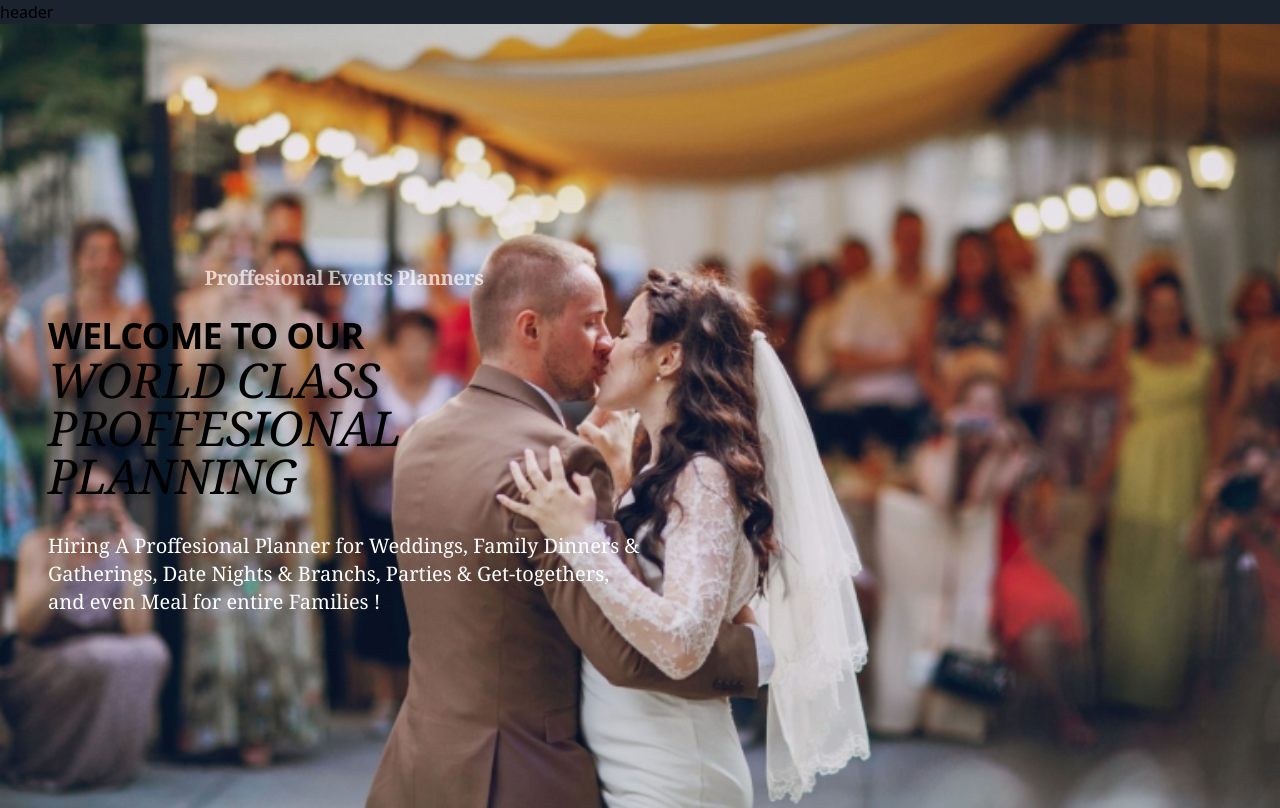
Repository: remydev47/eventsplanner
Page: /
These files come from the project's save history. The page is drawn as it stood at one moment and after the next save; the edit follows.
The browser window is 1280 px wide. The pictures show the whole page.
The project was rebuilt for these pictures with package versions that can differ from the ones it lists, and the page was loaded fresh each time. The framework's server and built-in components were replaced by stand-ins that run in the browser. Also part of the build but not shown: next.config.js, components/Header.jsx, components/Navbar.jsx, sections/Gallery.jsx, sections/Testimonial.jsx, sections/Plan.jsx, sections/Products.jsx, sections/Projects.jsx.

Above is the page before, as saved 2023-01-21 09:41:10.

### app/layout.jsx
import '../styles/globals.css';

export default function RootLayout({ children }) {
  return (
    <html lang="en">
      {/*
        <head /> will contain the components returned by the nearest parent
        head.jsx. Find out more at https://beta.nextjs.org/docs/api-reference/file-conventions/head
      */}
      <head />
      <body>{children}</body>
    </html>
  )
}

### app/page.jsx
import Header from '@/components/Header'
import Navbar from '@/components/Navbar'
import Navigation from '@/components/Navigation'
import { Hero } from '@/sections'
import Image from 'next/image'


export default function Home() {
  return (
   <div className='bg-primary-black'>
     <Navigation />
     {/* <Header /> */}
     <Hero />
   </div>
  )
}

### components/Navigation.jsx
'use client';

import { navLinks } from '@/constants';
import Image from 'next/image';
import React, {useState} from 'react'
import Logo from './Logo';

const Navigation = () => {
    const [toggle, setToggle] = useState(false);

  return (
   <header>
     header
   </header>
  )
}

export default Navigation;
const styles = {
    container:`w-full py-6 justify-between items-center navbar`,
    navWrapper:`list-none sm:flex hidden justify-end items-center flex-1`,
    navWrapper2:`list-none flex flex-col justify-end items-center flex-1`,
    mobile:`sm:hidden flex flex-1 justify-end items-center`,
    mobileItem:`h-[28px] w-[28px] object-contain`,
    toggleContainer:`p-6 bg-primary-black absolute top-20 right-0 mx-4 my-2 min-w-[140px] rounded-xl sidebar`
}

### sections/index.js
import Gallery from "./Gallery";
import Testimonial from "./Testimonial";
import Plan from "./Plan";
import Products from "./Products";
import Projects from "./Projects";
import Hero from "./Hero";

export {
    Gallery, Testimonial, Plan, Products, Projects, Hero
}

### constants/index.js
export const navLinks =[
    {
        id:"home",
        title:"HOME"
    },
    {
        id:"about",
        title:"ABOUT"
    },
    {
        id:"shop",
        title:"SHOPS"
    },

    {
        id:"blog",
        title:"BLOGS"
    },
    {
        id:"contacts",
        title:"CONTACTS"
    },
]

### utils/motion.js
export const navVariants = {
    hidden: {
      opacity: 0,
      y: -50,
      transition: {
        type: 'spring',
        stiffness: 300,
        damping: 140,
      },
    },
    show: {
      opacity: 1,
      y: 0,
      transition: {
        type: 'spring',
        stiffness: 80,
        delay: 1,
      },
    },
  };

  export const slideIn = (direction, type, delay, duration) => ({
    hidden: {
      x: direction === 'left' ? '-100%' : direction === 'right' ? '100%' : 0,
      y: direction === 'up' ? '100%' : direction === 'down' ? '100%' : 0,
    },
    show: {
      x: 0,
      y: 0,
      transition: {
        type,
        delay,
        duration,
        ease: 'easeOut',
      },
    },
  });

  export const staggerContainer = (staggerChildren, delayChildren) => ({
    hidden: {},
    show: {
      transition: {
        staggerChildren,
        delayChildren,
      },
    },
  });

  export const textVariant = (delay) => ({
    hidden: {
      y: 50,
      opacity: 0,
    },
    show: {
      y: 0,
      opacity: 1,
      transition: {
        type: 'spring',
        duration: 1.25,
        delay,
      },
    },
  });

  export const textContainer = {
    hidden: {
      opacity: 0,
    },
    show: (i = 1) => ({
      opacity: 1,
      transition: { staggerChildren: 0.1, delayChildren: i * 0.1 },
    }),
  };

  export const textVariant2 = {
    hidden: {
      opacity: 0,
      y: 20,
    },
    show: {
      opacity: 1,
      y: 0,
      transition: {
        type: 'tween',
        ease: 'easeIn',
      },
    },
  };

  export const fadeIn = (direction, type, delay, duration) => ({
    hidden: {
      x: direction === 'left' ? 100 : direction === 'right' ? -100 : 0,
      y: direction === 'up' ? 100 : direction === 'down' ? -100 : 0,
      opacity: 0,
    },
    show: {
      x: 0,
      y: 0,
      opacity: 1,
      transition: {
        type,
        delay,
        duration,
        ease: 'easeOut',
      },
    },
  });

  export const planetVariants = (direction) => ({
    hidden: {
      x: direction === 'left' ? '-100%' : '100%',
      rotate: 120,
    },
    show: {
      x: 0,
      rotate: 0,
      transition: {
        type: 'spring',
        duration: 1.8,
        delay: 0.5,
      },
    },
  });

  export const zoomIn = (delay, duration) => ({
    hidden: {
      scale: 0,
      opacity: 0,
    },
    show: {
      scale: 1,
      opacity: 1,
      transition: {
        type: 'tween',
        delay,
        duration,
        ease: 'easeOut',
      },
    },
  });

  export const footerVariants = {
    hidden: {
      opacity: 0,
      y: 50,
      transition: {
        type: 'spring',
        stiffness: 300,
        damping: 140,
      },
    },
    show: {
      opacity: 1,
      y: 0,
      transition: {
        type: 'spring',
        stiffness: 80,
        delay: 0.5,
      },
    },
  };

### sections/Hero.jsx
'use client';
import { slideIn } from "@/utils/motion";
import { motion } from "framer-motion";

const Hero = () => {
    return(
    <section className='relative pt-48 pb-12 xl:pt-60 sm:pb-16 lg:pb-32 xl:pb-48 2xl:pb-56'>
        <motion.div
          variants={slideIn('right', 'tween', 0.2, 1)}
         >
          <div className="absolute inset-0">
           <img className="object-cover w-full h-full" src="/images/hero.jpg" alt="" />
          </div>
        </motion.div>

     <div className='relative'>
       <div className="px-6 mx-auto sm:px-8 lg:px-12 max-w-7xl">
        <div className="w-full lg:w-2/3 xl:w-1/2">
         <h1 className="font-serif text-xl font-bold tracking-tight text-white text-opacity-70 text-center">Proffesional Events Planners</h1>
          <p className="mt-6 tracking-tighter text-[#000]">
            <span className="font-sans font-bold text-4xl">WELCOME TO OUR </span><br />
            <span className="font-serif italic font-BOLD text-5xl">WORLD CLASS PROFFESIONAL PLANNING</span>
         </p>
         <p className="mt-8 font-erif text-xl font-serif text-[#fff]">
          Hiring A Proffesional Planner for Weddings, Family Dinners & Gatherings, Date Nights & Branchs, Parties & Get-togethers, and even Meal for entire Families !
         </p>
        </div>
      </div>
     </div>
     </section>
    )
}

export default Hero;

### components/Logo.jsx
'use client';
import Image from "next/image";

const Logo = () => {
  return (
    <div>
        <Image
          alt="events-planner"
          src='/images/logo_black.png'
          width={150}
          height={75}
          className='ml-2 mt-4'
        />
    </div>
  )
}

export default Logo

Loaded but not shown: styles/globals.css (common file); tailwind.config.js (common file)

After the next save:
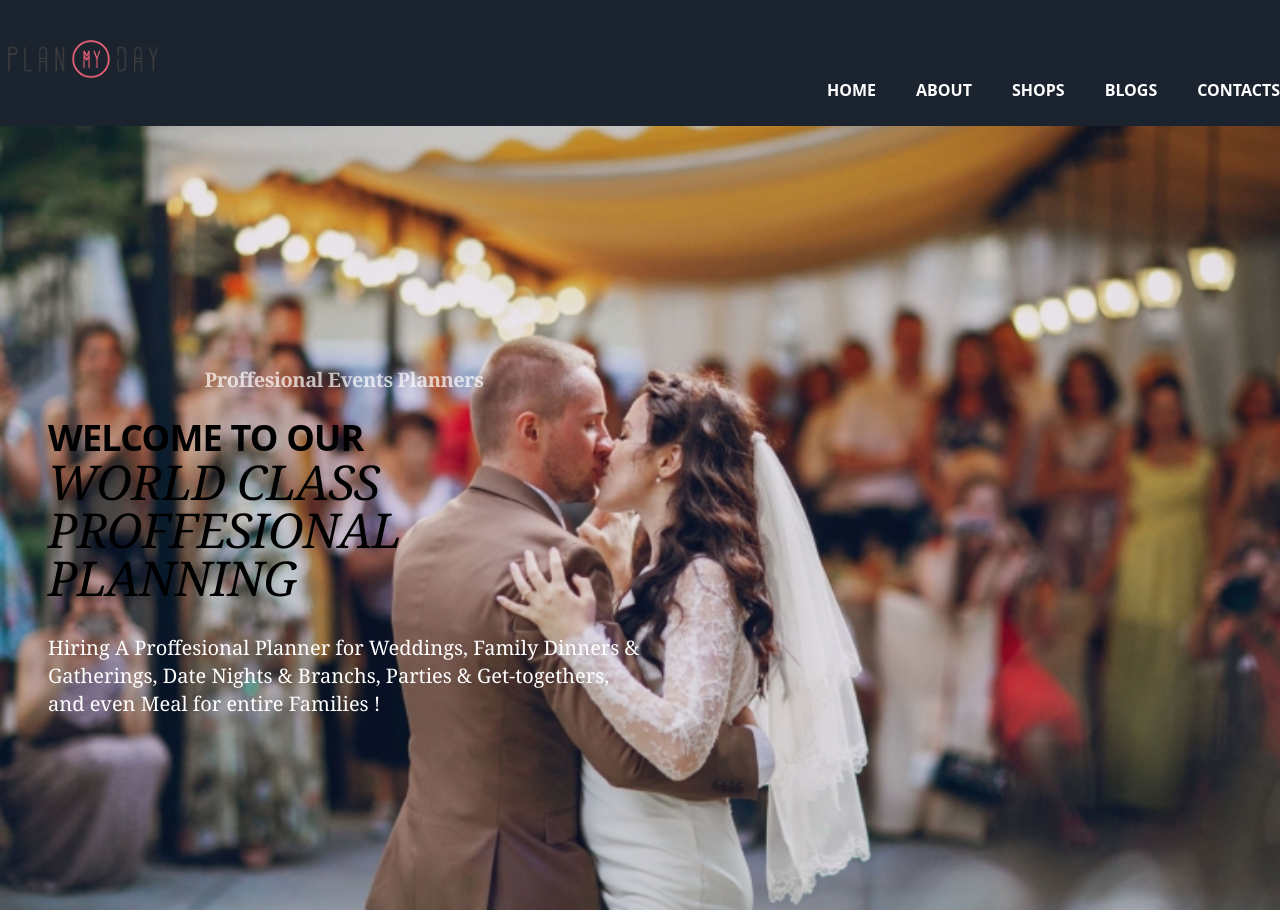
Saved 50 s later.
--- a/components/Navigation.jsx
+++ b/components/Navigation.jsx
@@ -10,7 +10,25 @@
 
   return (
    <header>
-     header
+     <nav className={styles.container}>
+        <Logo />
+        <ul
+          className={styles.navWrapper}
+        >
+            {navLinks.map((nav, index) => (
+                <li
+                 key={nav.id}
+                 className={`font-poppins font-bold cursor-pointer text-[16px]
+                   ${index === navLinks.length - 1 ? 'mr-0' : 'mr-10'}
+                  text-white `}
+                >
+                    <a href={`#${nav.id}`}>
+                        {nav.title}
+                    </a>
+                </li>
+            ))}
+        </ul>
+      </nav>
    </header>
   )
 }
